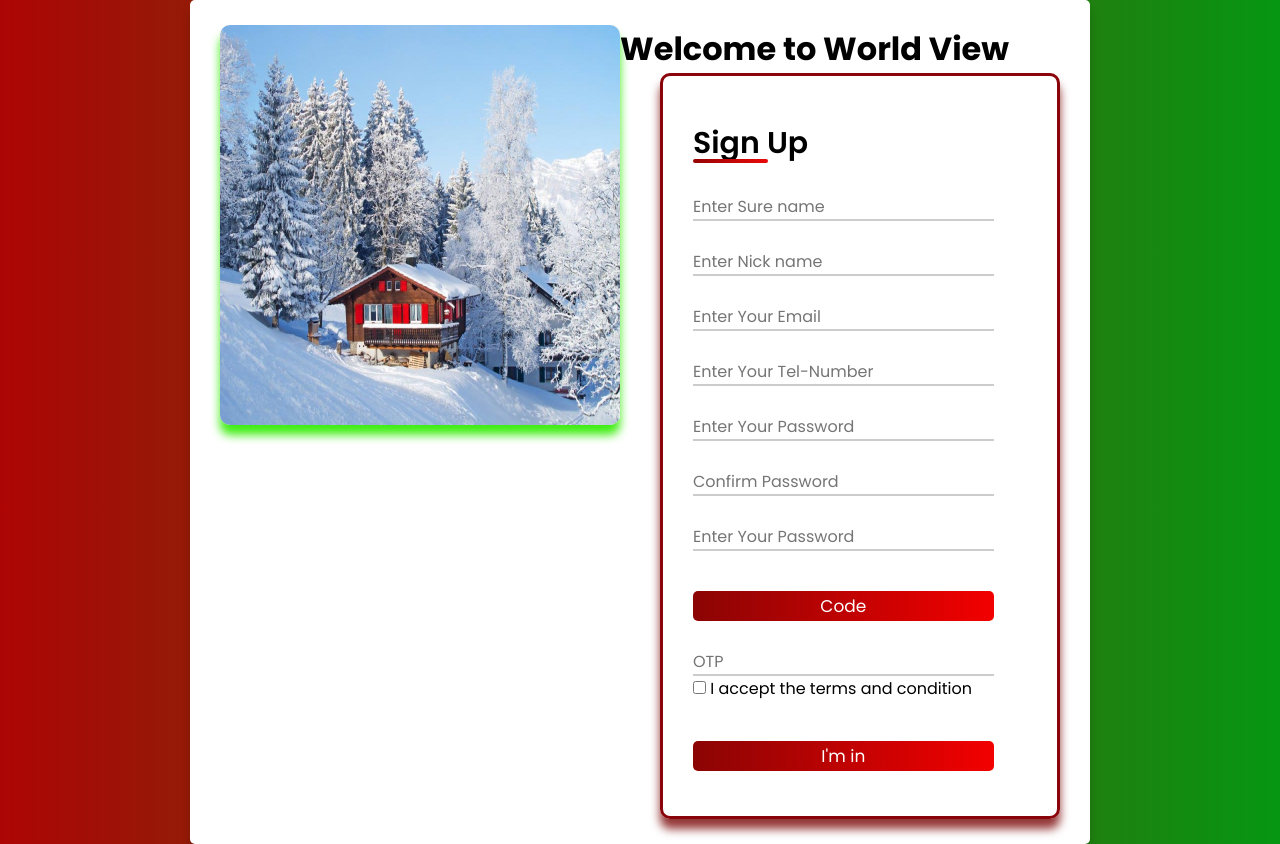
Repository: dev-ashik/Halloween
Page: Reg Page/Index.html
The author's editor kept a copy of each file at every save. The page is drawn from the files as they stood at one save, then again after the next save.
The browser window is 1280 px wide. The pictures show the whole page.

Above is the page before, as saved 2021-12-21 22:30:55.

After the next save:
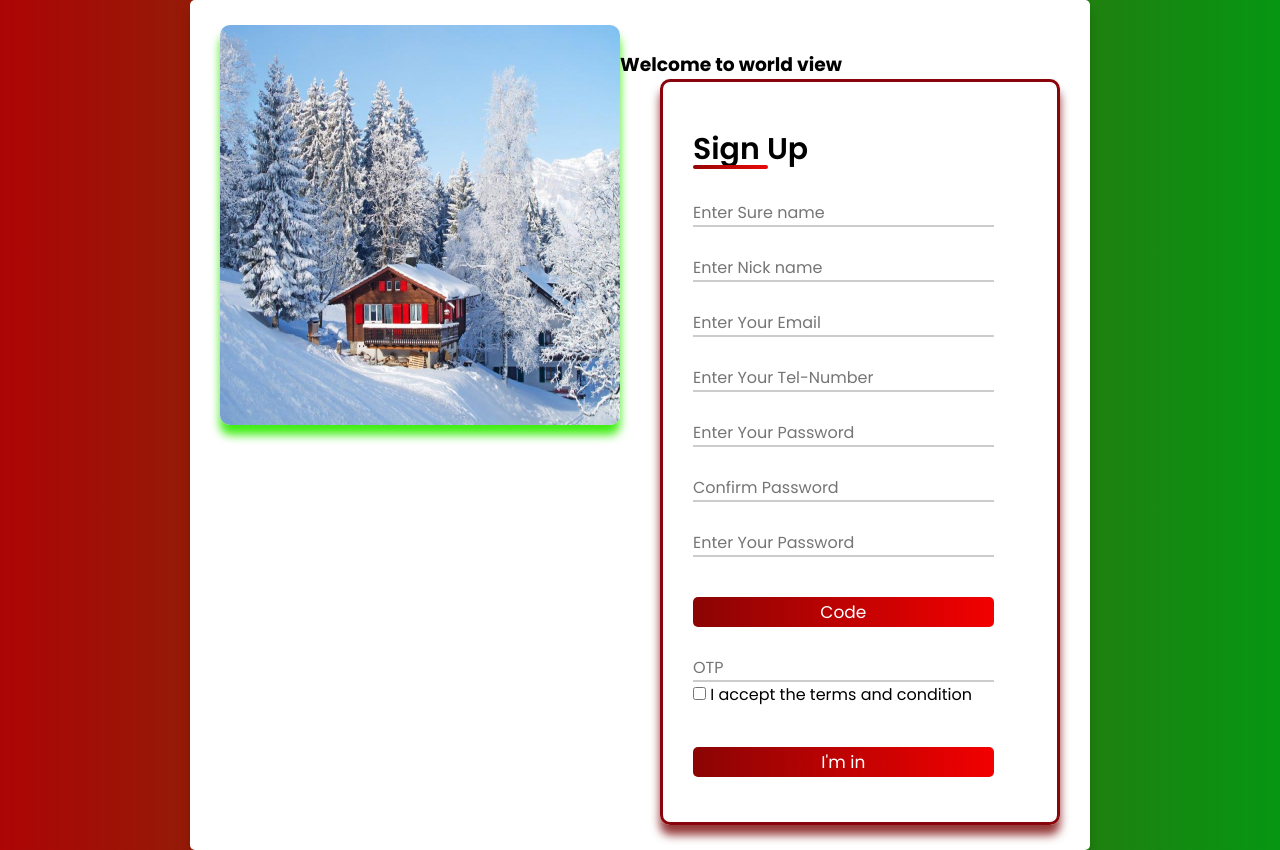
Saved 41 s later.
--- a/Reg Page/Index.html
+++ b/Reg Page/Index.html
@@ -12,10 +12,8 @@
 <body>
     <div class="con">
         <div class="bann">
-            <img src="IMG/banner.jpg" alt="">
-        </div>
-        <div class="txt">
-            <h1>Welcome to World View</h1>
+            <img src="IMG/banner.jpg" alt=""><br/>
+            <h3>Welcome to world view</h3>
         </div>
         <div class="form">
             <form action="#">
